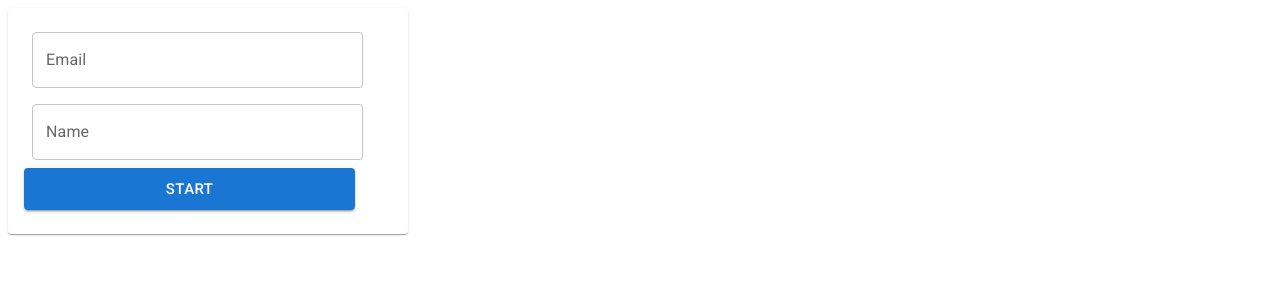
Repository: shikubro90/Quiz-App-React
Page: /
These files come from the project's save history. The page is drawn as it stood at one moment and after a run of saves; the edit follows.
The browser window is 1280 px wide. The pictures show the whole page.
The project was rebuilt for these pictures with package versions that can differ from the ones it lists, and the page was loaded fresh each time. Also part of the build but not shown: src/index.css, src/App.css.

Above is the page before, as saved 2022-06-25 01:44:59.

### src/App.js
import './App.css';
import Login from './components/Login';

function App() {
  return (
    <>
      <Login/>
    </>

  );
}

export default App;

### src/components/Login.jsx
import React from 'react';
import {Box, Button, Card, CardContent} from '@mui/material'
import { TextField } from '@mui/material';
import Center from './Center'

const Login = () => {
    return (

        <Card sx={{width: "400px"}}>
            <CardContent>
                <Box sx={{
                    '& .MuiTextField-root' : {
                        m:1,
                        width: "90%"
                    }
                }}>
                    <form noValidate>
                        <TextField
                        label="Email"
                        name="email"
                        variant='outlined'
                        />

                        <TextField
                        label="Name"
                        name="name"
                        variant='outlined'
                        />

                        <Button sx={{width: "90%"}}
                        type='submit'
                        variant='contained'
                        size='large'
                        >Start</Button>

                    </form>
                </Box>
            </CardContent>
        </Card>
    );
};

export default Login;

### src/components/Center.jsx
import { Grid } from '@mui/material'
import React from 'react'

const Center = () => {
  return (
    <Grid container>
        <Grid item>

        </Grid>
    </Grid>
  )
}

export default Center

Loaded but not shown: public/index.html (common file); src/index.js (common file); src/reportWebVitals.js (common file)

After the next 12 saves:
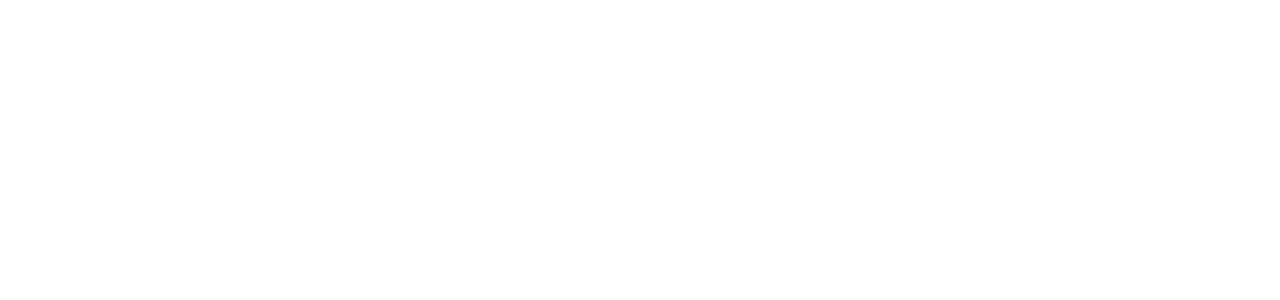
The 12 saves are shown as one change because 1 did not build or start and some came seconds apart.
The last was saved 28 s later.
--- a/src/components/Login.jsx
+++ b/src/components/Login.jsx
@@ -5,38 +5,39 @@
 
 const Login = () => {
     return (
+        <Center>
+            <Card sx={{width: "400px"}}>
+                <CardContent>
+                    <Box sx={{
+                        '& .MuiTextField-root' : {
+                            m:1,
+                            width: "90%"
+                        }
+                    }}>
+                        <form noValidate>
+                            <TextField
+                            label="Email"
+                            name="email"
+                            variant='outlined'
+                            />
 
-        <Card sx={{width: "400px"}}>
-            <CardContent>
-                <Box sx={{
-                    '& .MuiTextField-root' : {
-                        m:1,
-                        width: "90%"
-                    }
-                }}>
-                    <form noValidate>
-                        <TextField
-                        label="Email"
-                        name="email"
-                        variant='outlined'
-                        />
+                            <TextField
+                            label="Name"
+                            name="name"
+                            variant='outlined'
+                            />
 
-                        <TextField
-                        label="Name"
-                        name="name"
-                        variant='outlined'
-                        />
+                            <Button sx={{width: "90%"}}
+                            type='submit'
+                            variant='contained'
+                            size='large'
+                            >Start</Button>
 
-                        <Button sx={{width: "90%"}}
-                        type='submit'
-                        variant='contained'
-                        size='large'
-                        >Start</Button>
-
-                    </form>
-                </Box>
-            </CardContent>
-        </Card>
+                        </form>
+                    </Box>
+                </CardContent>
+            </Card>
+        </Center>
     );
 };
 

After the 6 saves that followed:
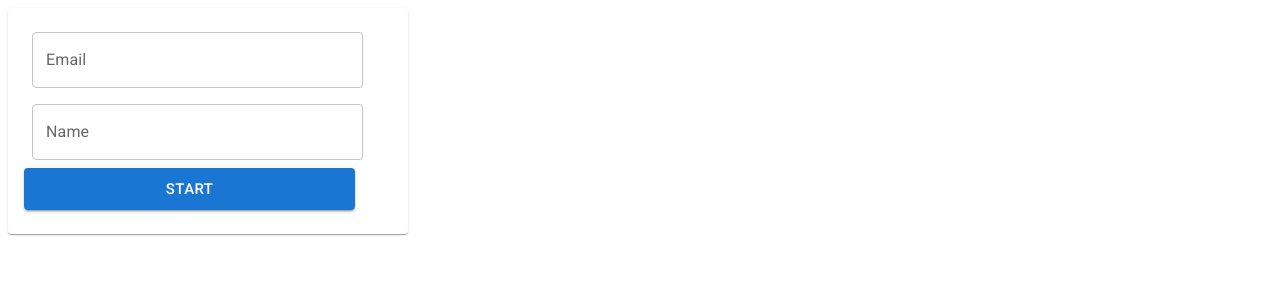
The 6 saves are shown as one change because 4 left the picture as it was and some came seconds apart.
The last was saved 42 s later.
--- a/src/components/Center.jsx
+++ b/src/components/Center.jsx
@@ -1,11 +1,11 @@
 import { Grid } from '@mui/material'
 import React from 'react'
 
-const Center = () => {
+const Center = (props) => {
   return (
     <Grid container>
         <Grid item>
-
+            {props.children}
         </Grid>
     </Grid>
   )
